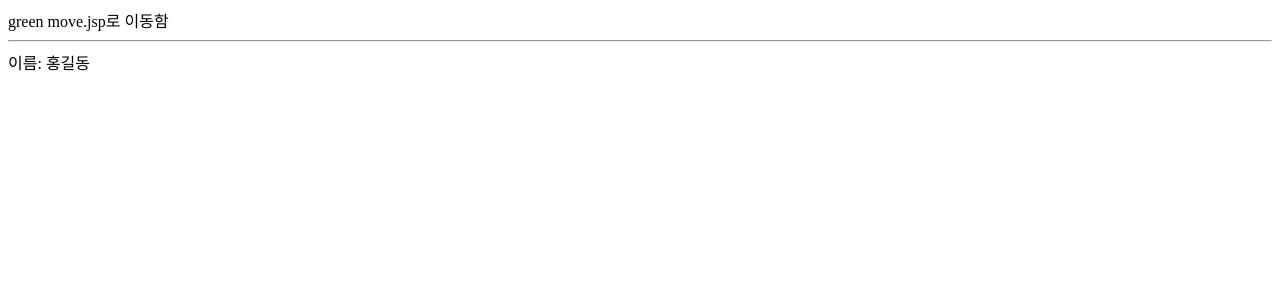
Repository: Jin0207/jsp
Page: http://localhost/day1213/red.jsp
The author's editor kept a copy of each file at every save. The page is drawn from the files as they stood at one save, then again after the next save.
The browser window is 1280 px wide. The pictures show the whole page.
The page is served by Tomcat 9. Other server files are loaded and not shown.

Above is the page before, as saved 2021-12-13 03:42:28.

### day1213/src/main/webapp/red.jsp
<%@page import="java.net.URLEncoder"%>
<%@ page language="java" contentType="text/html; charset=EUC-KR"
    pageEncoding="EUC-KR"%>
<!DOCTYPE html>
<html>
<head>
<meta charset="EUC-KR">
<title>Insert title here</title>
</head>
<body bgcolor="red">
	<h2>red입니다.</h2>
	<hr>
	<jsp:forward page="move.jsp">
		<jsp:param value="green" name="color"/>
		<jsp:param value='<%=URLEncoder.encode("홍길동") %>' name="name"/>
	</jsp:forward>
</body>
</html>

### day1213/src/main/webapp/move.jsp
<%@page import="java.net.URLDecoder"%>
<%@ page language="java" contentType="text/html; charset=EUC-KR"
    pageEncoding="EUC-KR"%>
<!DOCTYPE html>
<html>
<head>
<meta charset="EUC-KR">
<title>Insert title here</title>
</head>
<body>
	<%
		String color = request.getParameter("color");
		out.print(color);
		String name = URLDecoder.decode(request.getParameter("name"));
	%>
	move.jsp로 이동함
	<hr>
	이름: <%=name %>
</body>
</html>

After the next save:
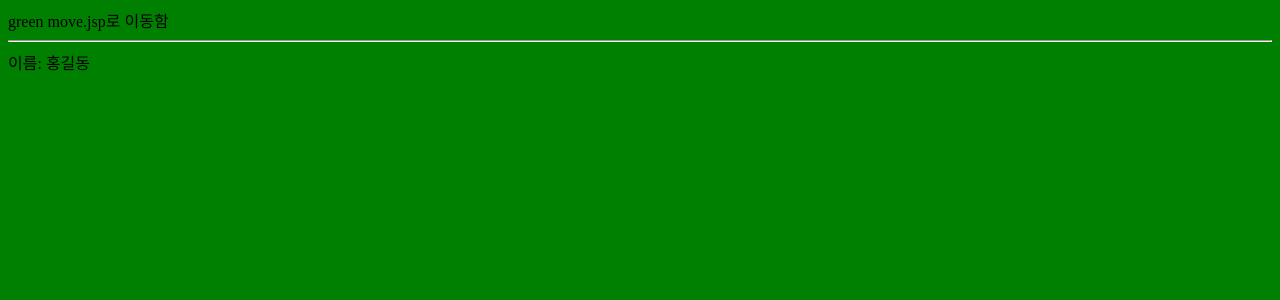
Saved 47 s later.
--- a/day1213/src/main/webapp/move.jsp
+++ b/day1213/src/main/webapp/move.jsp
@@ -7,12 +7,12 @@
 <meta charset="EUC-KR">
 <title>Insert title here</title>
 </head>
-<body>
 	<%
 		String color = request.getParameter("color");
 		out.print(color);
 		String name = URLDecoder.decode(request.getParameter("name"));
 	%>
+<body bgcolor="<%=color%>">
 	move.jsp로 이동함
 	<hr>
 	이름: <%=name %>
